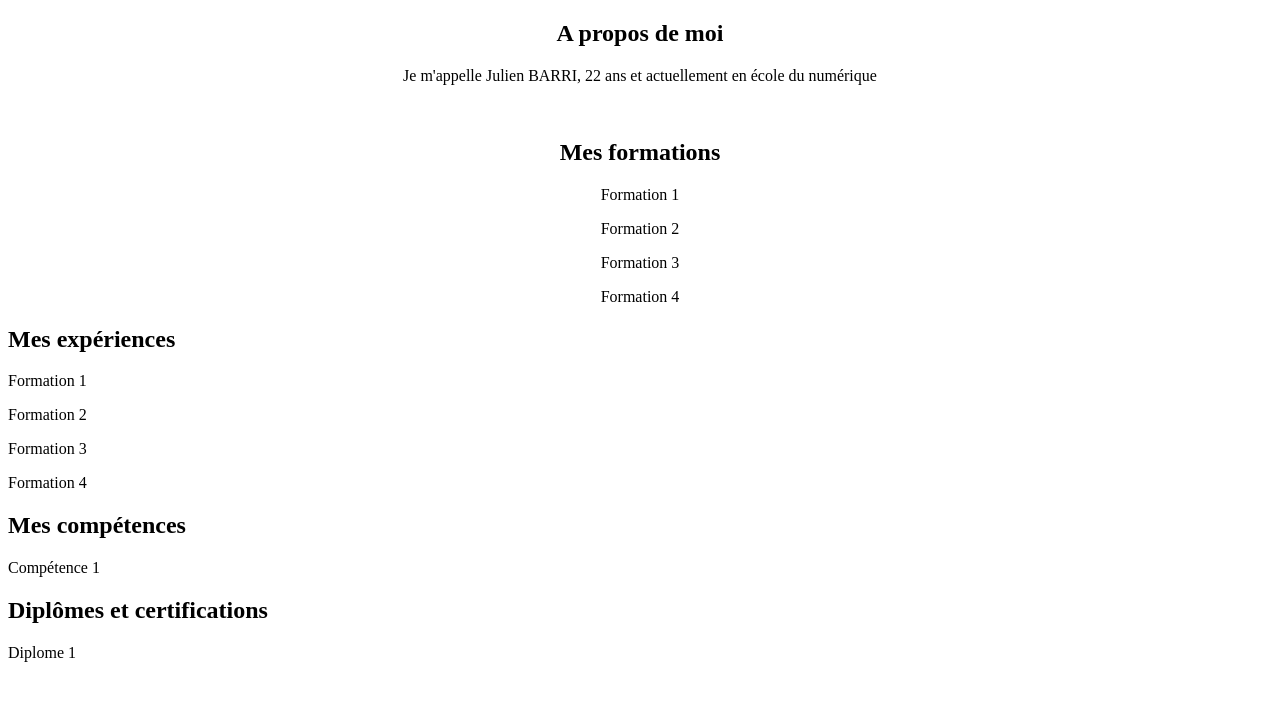
Repository: barridev/cours_devops.github.io
Page: index.html
The author's editor kept a copy of each file at every save. The page is drawn from the files as they stood at one save, then again after a run of saves.
The browser window is 1280 px wide. The pictures show the whole page.

Above is the page before, as saved 2022-06-13 15:04:20.

After the next 2 saves:
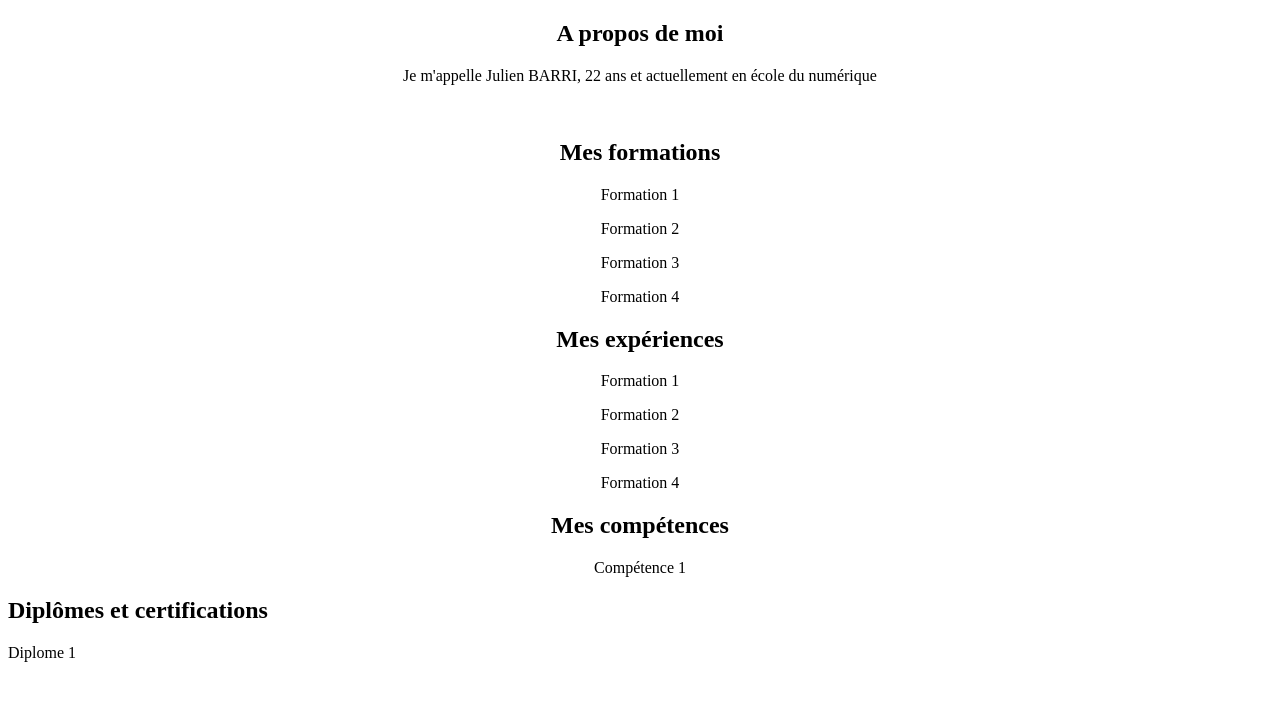
The 2 saves are shown as one change because they came seconds apart.
The last was saved 8 s later.
--- a/index.html
+++ b/index.html
@@ -29,7 +29,7 @@
         </div>
     </section>
 
-    <section>
+    <section class="center">
         <div>
             <h2> Mes expériences </h2>
             <p>Formation 1</p>
@@ -39,7 +39,7 @@
         </div>
     </section>
 
-    <section>
+    <section class="center">
         <div>
             <h2> Mes compétences</h2>
             <p>Compétence 1</p>
